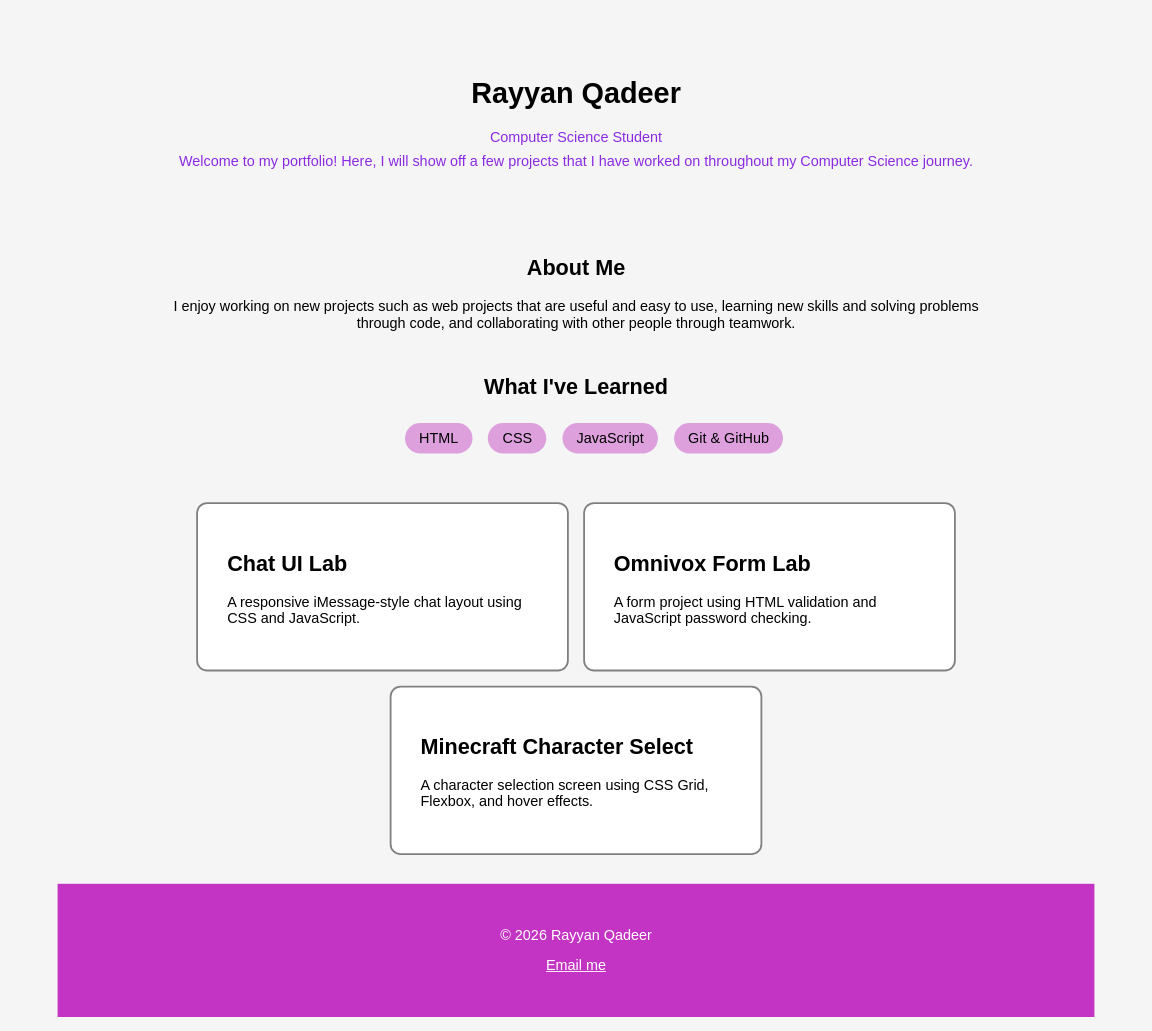
Repository: rayyan-qadeer/rayyan-qadeer
Page: index.html
An editor plug-in stored every save of this project. The page is shown before and after the next save, followed by the edit.
The browser window is 1280 px wide. The pictures show the whole page, at 90% of full size.

Above is the page before, as saved 2026-05-20 19:21:45.

### index.html
<!doctype html>
<html lang="en">
  <head>
    <meta charset="UTF-8" />
    <meta name="viewport" content="width=device-width, initial-scale=1.0" />
    <title>Rayyan Qadeer Portfolio</title>
    <link rel="stylesheet" href="./styles/globals.css" />
    <link rel="stylesheet" href="./styles/index.css" />
  </head>
  <body>
    <main>
      <header>
        <h1>Rayyan Qadeer</h1>
        <p class="subtitle">Computer Science Student</p>
        <p class="description">
          Welcome to my portfolio! Here, I will show off a few projects that I
          have worked on throughout my Computer Science journey.
        </p>
      </header>

      <section class="about">
        <h2>About Me</h2>
        <p>
          I enjoy working on new projects such as web projects
          that are useful and easy to use, learning new skills and solving
          problems through code, and collaborating with other people through teamwork.
        </p>
      </section>

      <section class="skills">
        <h2>What I've Learned</h2>
        <ul>
          <li>HTML</li>
          <li>CSS</li>
          <li>JavaScript</li>
          <li>Git & GitHub</li>
        </ul>
      </section>

      <section class="projects">
        <a class="card" href="./pages/chat-ui.html">
          <h2>Chat UI Lab</h2>
          <p>
            A responsive iMessage-style chat layout using CSS and JavaScript.
          </p>
        </a>

        <a class="card" href="./pages/omnivox-form.html">
          <h2>Omnivox Form Lab</h2>
          <p>
            A form project using HTML validation and JavaScript password
            checking.
          </p>
        </a>

        <a class="card" href="./pages/minecraft-character-select.html">
          <h2>Minecraft Character Select</h2>
          <p>
            A character selection screen using CSS Grid, Flexbox, and hover
            effects.
          </p>
        </a>
      </section>

      <footer>
        <p>© 2026 Rayyan Qadeer</p>
        <p>
          <a href="mailto:rayyanqadeer@outlook.com">Email me</a>
        </p>
      </footer>
    </main>
  </body>
</html>

### styles/globals.css
body {
    margin: 0rem;
    font-family: Arial, Helvetica, sans-serif;
    background-color: whitesmoke;
    color: black;
}

### styles/index.css
main {
  padding: 1rem;
  max-width: 90%;
  margin: 0 auto;
}

header {
  text-align: center;
  margin-bottom: 3rem;
  padding: 3rem 1rem;
}

.subtitle {
  color: blueviolet;
  margin-bottom: 0.5rem;
}

.description {
  max-width: 80%;
  margin: 0 auto;
  color: blueviolet;
}

.about,
.skills {
  text-align: center;
  max-width: 80%;
  margin: 3rem auto;
}

.skills li {
  display: inline-block;
  margin: 0.4rem;
  padding: 0.5rem 1rem;
  background-color: plum;
  border-radius: 20px;
}

.projects {
  display: flex;
  flex-direction: column;
  gap: 1rem;
  margin: 2rem auto;
}

.card {
  background-color: white;
  padding: 2rem;
  border-radius: 0.75rem;
  border: 2px solid gray;
  text-decoration: none;
  color: black;
  transition: transform 0.2s ease, background-color 0.2s ease;
}

.card:hover {
  transform: translateY(-4px);
  background-color: plum;
}

.card:focus {
  outline: 3px solid blueviolet;
  outline-offset: 4px;
}

footer a {
  color: white;
}

footer {
  text-align: center;
  margin-top: 2rem;
  padding: 2rem;
  background-color: rgb(196, 52, 196);
  color: white;
}

@media (min-width: 768px) {
  .projects {
    flex-direction: row;
    flex-wrap: wrap;
    justify-content: center;
  }

  .card {
    width: 48%;
  }
}

@media (min-width: 1024px) {
  .card {
    width: 30%;
  }
}

After the next save:
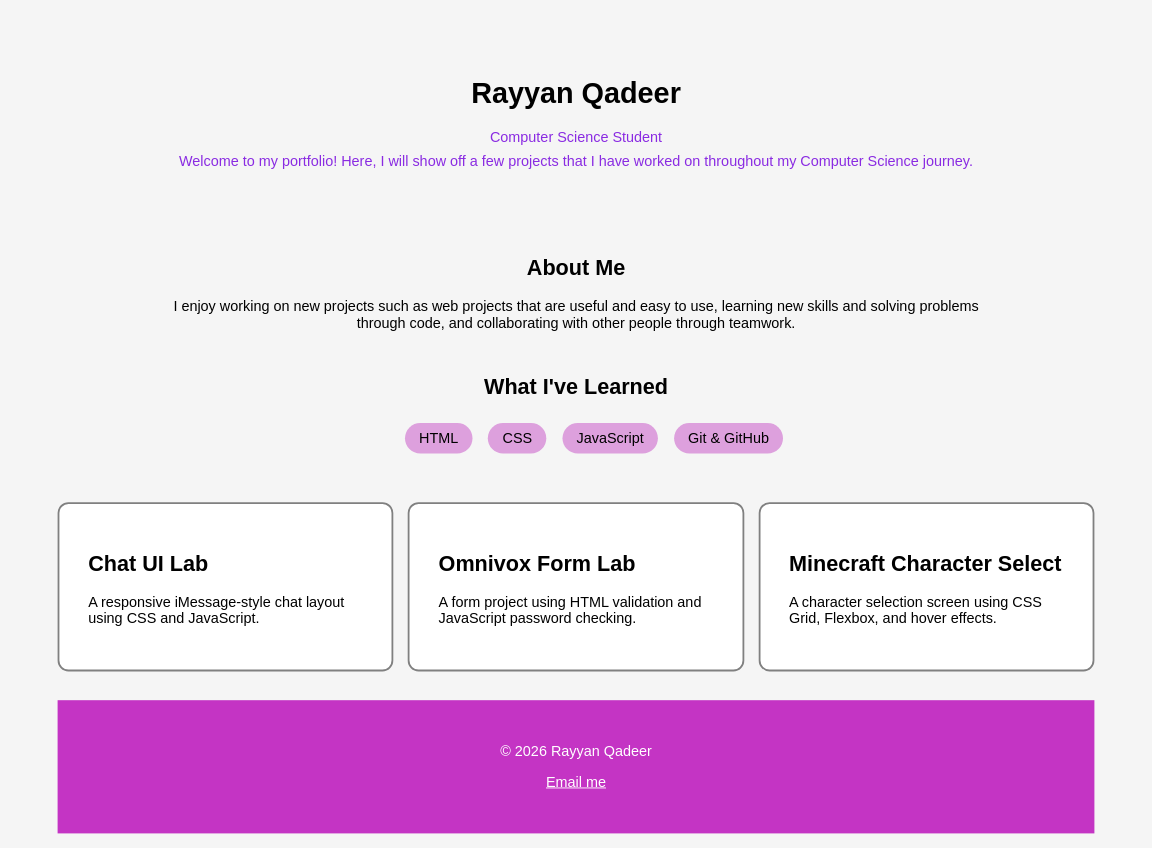
Saved 5 min 39 s later.
--- a/styles/index.css
+++ b/styles/index.css
@@ -37,8 +37,8 @@ header {
 }
 
 .projects {
-  display: flex;
-  flex-direction: column;
+  display: grid;
+  grid-template-columns: 1fr;
   gap: 1rem;
   margin: 2rem auto;
 }
@@ -77,18 +77,12 @@ footer {
 
 @media (min-width: 768px) {
   .projects {
-    flex-direction: row;
-    flex-wrap: wrap;
-    justify-content: center;
-  }
-
-  .card {
-    width: 48%;
+    grid-template-columns: repeat(2, 1fr);
   }
 }
 
 @media (min-width: 1024px) {
-  .card {
-    width: 30%;
+  .projects {
+    grid-template-columns: repeat(3, 1fr);
   }
 }
